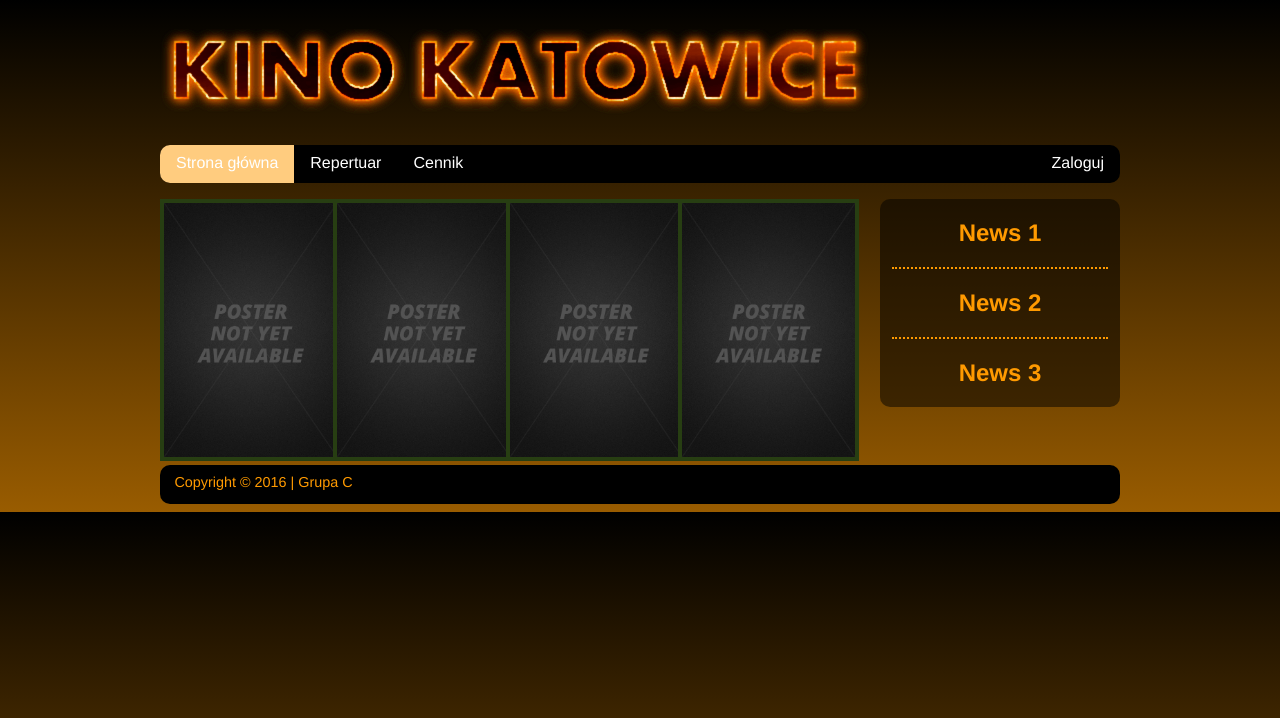
Repository: Gate4/Grupa-C
Page: http://localhost/KinoWebApp/WEB-INF/jsp/welcome.jsp
The author's editor kept a copy of each file at every save. The page is drawn from the files as they stood at one save, then again after the next save.
The browser window is 1280 px wide. The pictures show the whole page.
Some web libraries are served in a nearby version. The page is served by Tomcat 9. Nobody is signed in. The template is opened directly, without the code that normally fills it, so the values that code supplies are empty.

Above is the page before, as saved 2016-04-21 21:27:16.

After the next save:
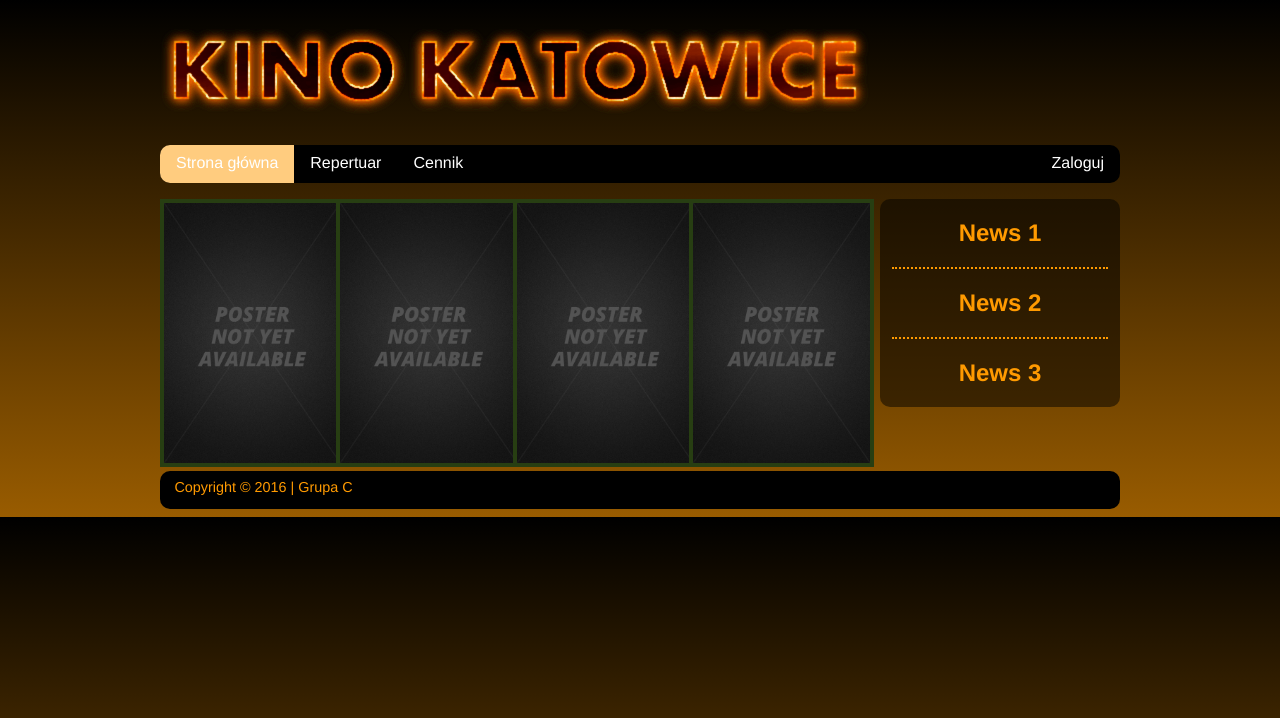
Saved 8 s later.
--- a/KinoWebApp/WebContent/resources/style.css
+++ b/KinoWebApp/WebContent/resources/style.css
@@ -95,7 +95,7 @@ nav ul li:last-child a:hover, nav ul li:last-child a.active{
 }
 
 .tile{
-	width: 24%;
+	width: 24.5%;
 }
 
 .tile img{
